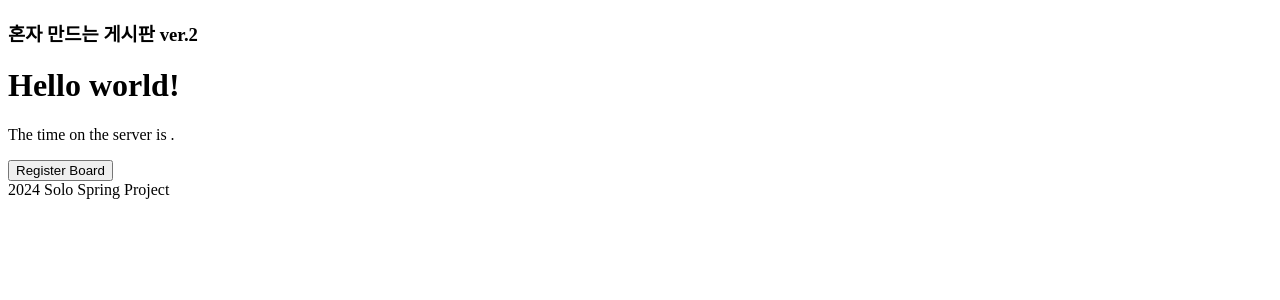
Repository: nefer2/Spring_test
Page: http://localhost/spring_test7/WEB-INF/views/index.jsp
These files come from the project's save history. The page is drawn as it stood at one moment and after the next save; the edit follows.
The browser window is 1280 px wide. The pictures show the whole page.
The page is served by Tomcat 9. Nobody is signed in. Other server files are loaded and not shown. The template is opened directly, without the code that normally fills it, so the values that code supplies are empty.

Above is the page before, as saved 2024-01-17 01:13:25.

### spring_test7/src/main/webapp/WEB-INF/views/index.jsp
<%@ page language="java" contentType="text/html; charset=UTF-8"
    pageEncoding="UTF-8"%>
<%@ page session="true" %>

<jsp:include page="./layout/header.jsp"></jsp:include>
<jsp:include page="./layout/navbar.jsp"></jsp:include>


<body>
<h1>
	Hello world!
</h1>

<P>  The time on the server is ${serverTime}. </P>

<a href="/board/register"><button>Register Board</button></a>
</body>


<jsp:include page="./layout/footer.jsp"></jsp:include>

### spring_test7/src/main/webapp/WEB-INF/views/layout/header.jsp
<%@ page language="java" contentType="text/html; charset=UTF-8"
    pageEncoding="UTF-8"%>
<!DOCTYPE html>
<html>
<head>
<h3>혼자 만드는 게시판 ver.2</h3>
</head>

### spring_test7/src/main/webapp/WEB-INF/views/layout/footer.jsp
<%@ page language="java" contentType="text/html; charset=UTF-8"
    pageEncoding="UTF-8"%>




<div>2024 Solo Spring Project</div>

</body>
</html>

Loaded but not shown: spring_test7/src/main/webapp/WEB-INF/views/layout/navbar.jsp (common file)

After the next save:
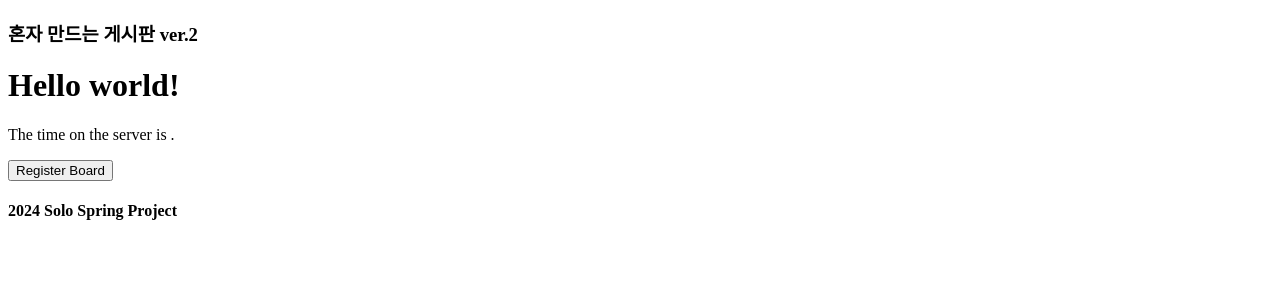
Saved 7 s later.
--- a/spring_test7/src/main/webapp/WEB-INF/views/layout/footer.jsp
+++ b/spring_test7/src/main/webapp/WEB-INF/views/layout/footer.jsp
@@ -4,7 +4,7 @@
 
 
 
-<div>2024 Solo Spring Project</div>
+<h4>2024 Solo Spring Project</h4>
 
 </body>
 </html>
